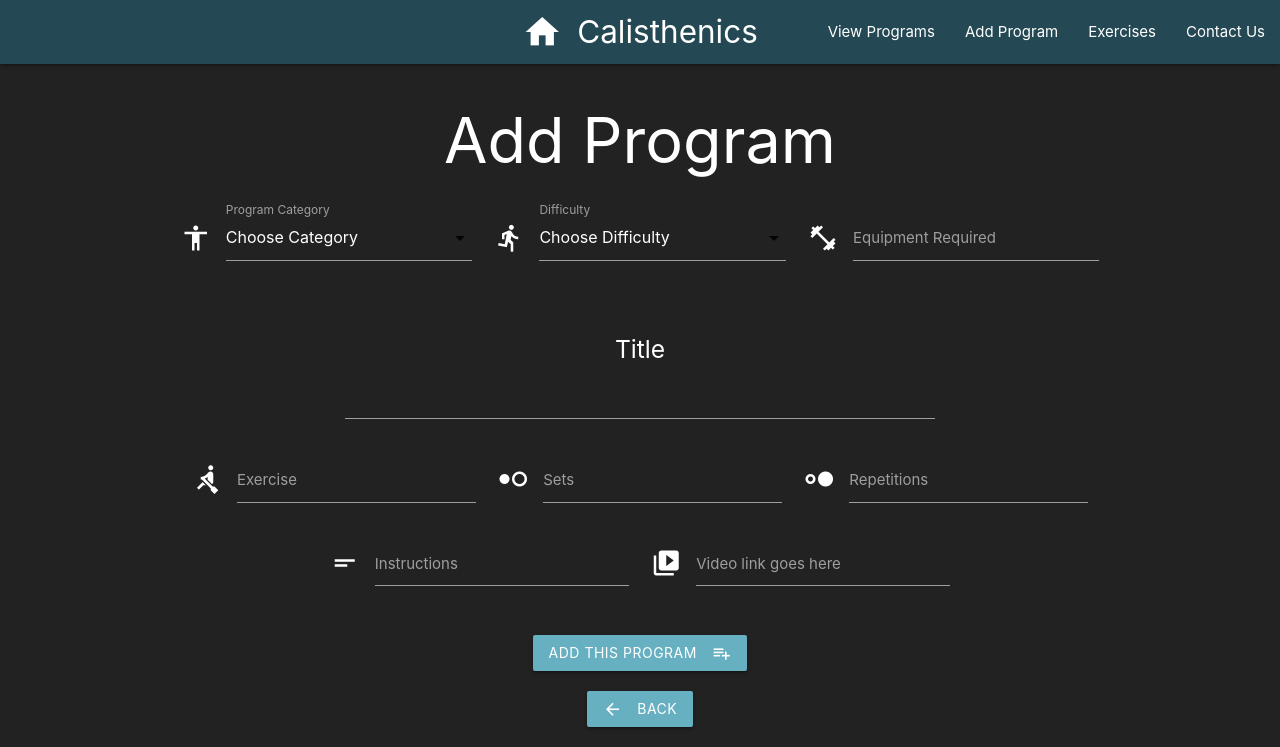
Repository: Ario124/calisthenics-project
Page: http://localhost/add_program
The author's editor kept a record of every edit. The page is drawn from the files as they stood at one moment, then again after the next edit.
The browser window is 1280 px wide. The pictures show the whole page.
The page is served by the project's application, run on Flask 3 (app.py). Queries for data that is not in the repository find no rows.

Above is the page before.

After the next edit:
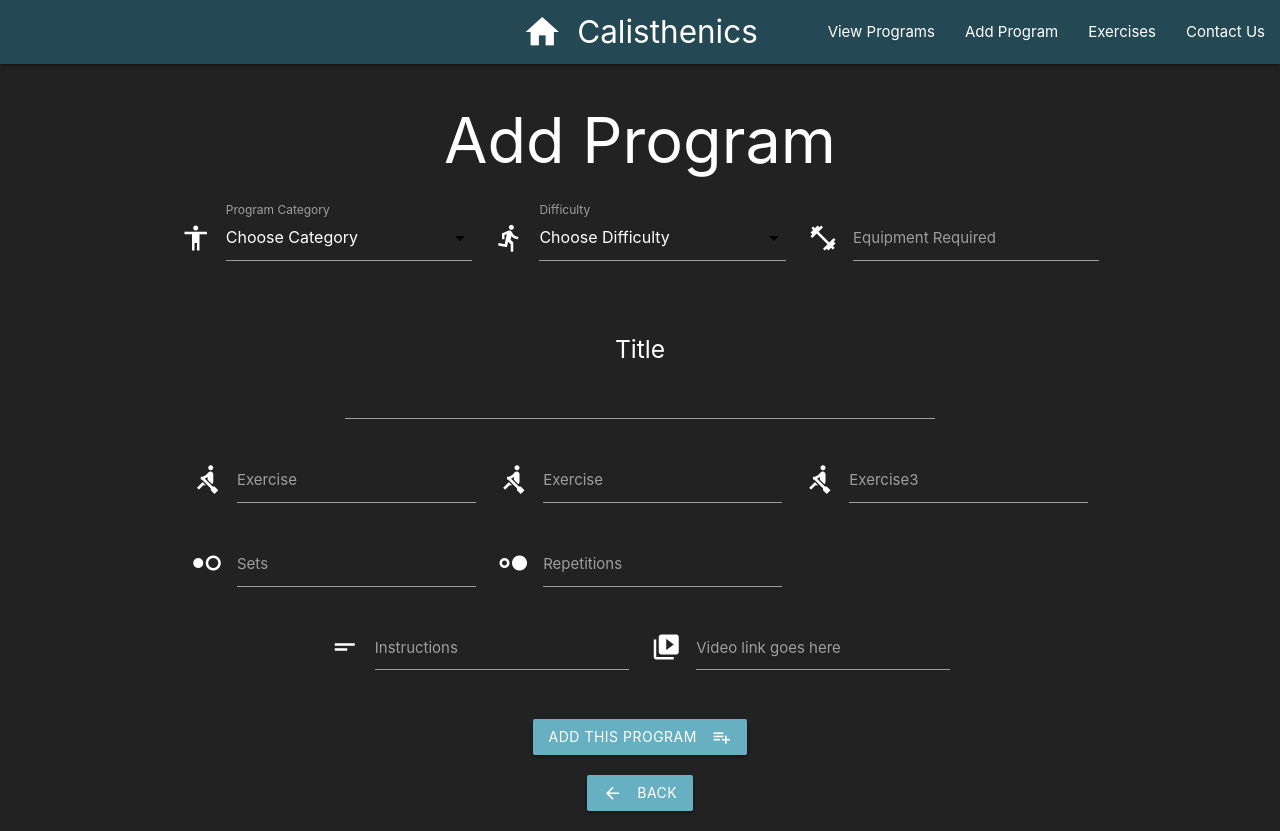
The edit:
--- a/templates/add_program.html
+++ b/templates/add_program.html
@@ -48,6 +48,18 @@
                 <i class="material-icons prefix">rowing</i>
                 <input id="exercise" name="exercise" type="text" required>
                 <label for="icon_prefix">Exercise</label>
+            </div>
+
+                        <div class="input-field col s4">
+                <i class="material-icons prefix">rowing</i>
+                <input id="exercise" name="exercise" type="text" required>
+                <label for="icon_prefix">Exercise</label>
+            </div>
+
+                        <div class="input-field col s4">
+                <i class="material-icons prefix">rowing</i>
+                <input id="exercise3" name="exercise3" type="text" required>
+                <label for="icon_prefix">Exercise3</label>
             </div>
 
            <div class="input-field col s4">
